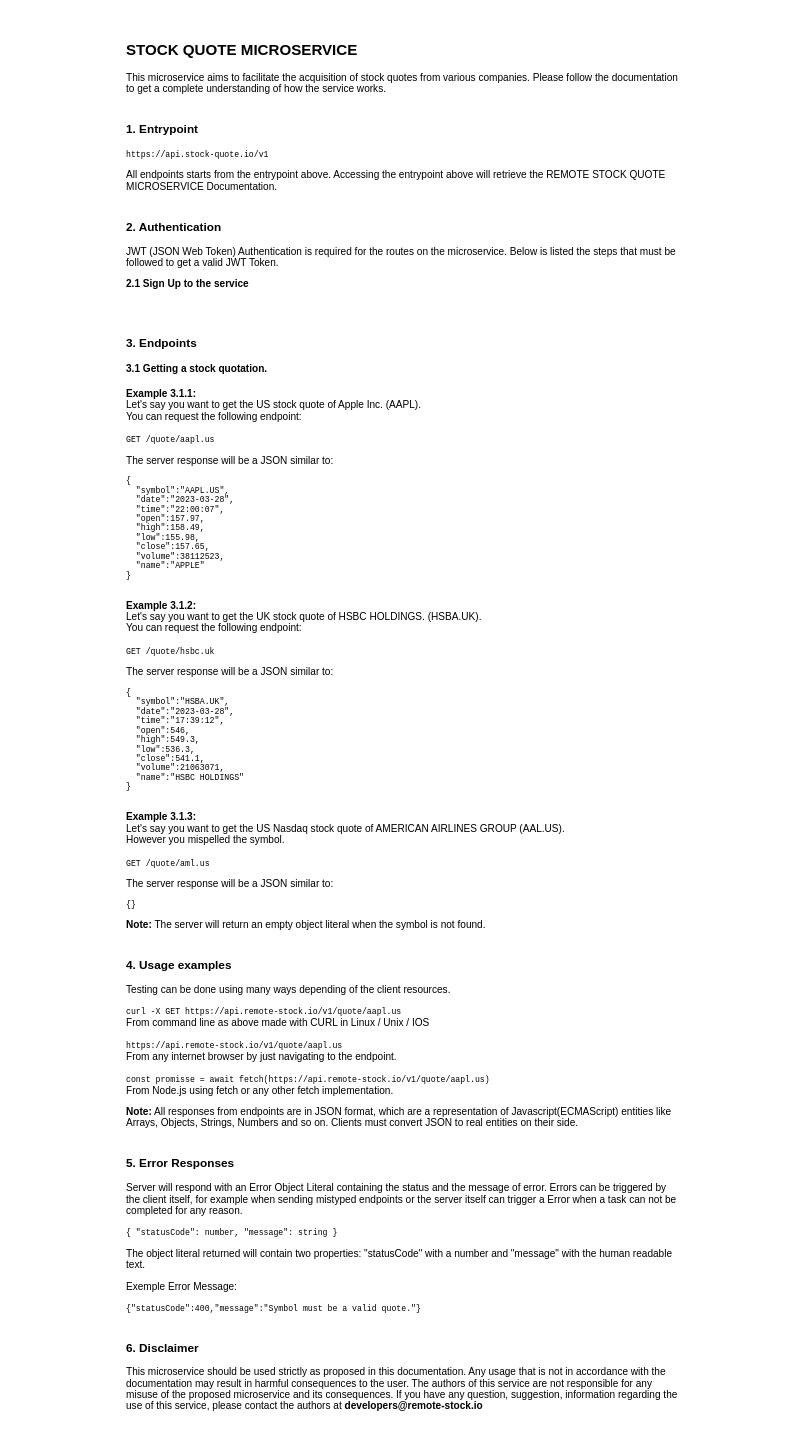
Repository: miguelamello/nest-js
Page: stock-service/documentation.html
An editor plug-in stored every save of this project. The page is shown before and after a run of saves, followed by the edit.
The browser window is 1280 px wide. The pictures show the whole page, at 63% of full size.

Above is the page before, as saved 2023-04-01 15:46:39.

### stock-service/documentation.html
<!DOCTYPE html>
<html lang="en">
<head>
  <meta charset="UTF-8">
  <meta http-equiv="X-UA-Compatible" content="IE=edge">
  <meta name="viewport" content="width=device-width, initial-scale=1.0">
  <title>STOCK QUOTE MICROSERVICE</title>
  <style>
    body {
      font-family: Arial, Helvetica, sans-serif;
      padding: 3% 15%;
    }
    h3 {
      margin-top: 5%;
    }
    pre {
      margin: 0;
    }
  </style>
</head>
<body>
  <h2>STOCK QUOTE MICROSERVICE</h2>
  <p>
    This microservice aims to facilitate the acquisition of stock quotes from various companies.
    Please follow the documentation to get a complete understanding of how the service works.
  </p>

  <h3>1. Entrypoint</h3>
  <code>https://api.stock-quote.io/v1</code>
  <p>
    All endpoints starts from the entrypoint above. Accessing the entrypoint
    above will retrieve the REMOTE STOCK QUOTE MICROSERVICE Documentation.
  </p>

  <h3>2. Authentication</h3>
  <p>JWT (JSON Web Token) Authentication is required for the routes on the microservice.
    Below is listed the steps that must be followed to get a valid JWT Token.</p>

  <p>
    <div><b>2.1 Sign Up to the service</b></div>
    <pre>

    </pre>
  </p>

  <h3>3. Endpoints</h3>

  <h4>3.1 Getting a stock quotation.</h4>

  <p>
    <div><b>Example 3.1.1:</b></div>
    <div>Let's say you want to get the US stock quote of Apple Inc. (AAPL).</div>
    <div>You can request the following endpoint:</div><br>
    <code>GET /quote/aapl.us</code>

    <p>The server response will be a JSON similar to:</p>

    <pre>
{
  "symbol":"AAPL.US",
  "date":"2023-03-28",
  "time":"22:00:07",
  "open":157.97,
  "high":158.49,
  "low":155.98,
  "close":157.65,
  "volume":38112523,
  "name":"APPLE"
}
    </pre>
  </p>
  <p>
    <div><b>Example 3.1.2:</b></div>
    <div>Let's say you want to get the UK stock quote of HSBC HOLDINGS. (HSBA.UK).</div>
    <div>You can request the following endpoint:</div><br>
    <code>GET /quote/hsbc.uk</code>

    <p>The server response will be a JSON similar to:</p>

    <pre>
{
  "symbol":"HSBA.UK",
  "date":"2023-03-28",
  "time":"17:39:12",
  "open":546,
  "high":549.3,
  "low":536.3,
  "close":541.1,
  "volume":21063071,
  "name":"HSBC HOLDINGS"
}
    </pre>
  </p>

  <p>
    <div><b>Example 3.1.3:</b></div>
    <div>Let's say you want to get the US Nasdaq stock quote of AMERICAN AIRLINES GROUP (AAL.US).</div>
    <div>However you mispelled the symbol.</div><br>
    <code>GET /quote/aml.us</code>

    <p>The server response will be a JSON similar to:</p>

    <pre>{}</pre>

    <p>
      <b>Note:</b> The server will return an empty object literal when the symbol is not found.
    </p>
  </p>

  <h3>4. Usage examples</h3>

  <p>Testing can be done using many ways depending of the client resources.</p>

  <code>curl -X GET https://api.remote-stock.io/v1/quote/aapl.us</code>
  <div>From command line as above made with CURL in Linux / Unix / IOS</div>
  <br>
  <code>https://api.remote-stock.io/v1/quote/aapl.us</code>
  <div>From any internet browser by just navigating to the endpoint.</div>
  <br>
  <code>const promisse = await fetch(https://api.remote-stock.io/v1/quote/aapl.us)</code>
  <div>From Node.js using fetch or any other fetch implementation.</div>

  <p>
    <b>Note:</b> All responses from endpoints are in JSON format, which are a
    representation of Javascript(ECMAScript) entities like Arrays, Objects,
    Strings, Numbers and so on. Clients must convert JSON to real entities
    on their side.
  </p>

  <h3>5. Error Responses</h3>

  <p>
    Server will respond with an Error Object Literal containing
    the status and the message of error. Errors can be triggered
    by the client itself, for example when sending mistyped endpoints
    or the server itself can trigger a Error when a
    task can not be completed for any reason.
  </p>

  <p>
    <code>{ "statusCode": number, "message": string }</code><br>
    <div>
      The object literal returned will contain two properties:
      "statusCode" with a number and "message" with the human readable text.
    </div>
  </p>

  <p>Exemple Error Message:</p>
  <p>
    <code>
      {"statusCode":400,"message":"Symbol must be a valid quote."}
    </code>
  </p>

  <h3>6. Disclaimer</h3>
  <p>
    This microservice should be used strictly as proposed in this documentation.
    Any usage that is not in accordance with the documentation may result in harmful
    consequences to the user. The authors of this service are not responsible for
    any misuse of the proposed microservice and its consequences. If you have any question,
    suggestion, information regarding the use of this service, please contact
    the authors at <b>developers@remote-stock.io</b>
  </p>

</body>
</html>

After the next 2 saves:
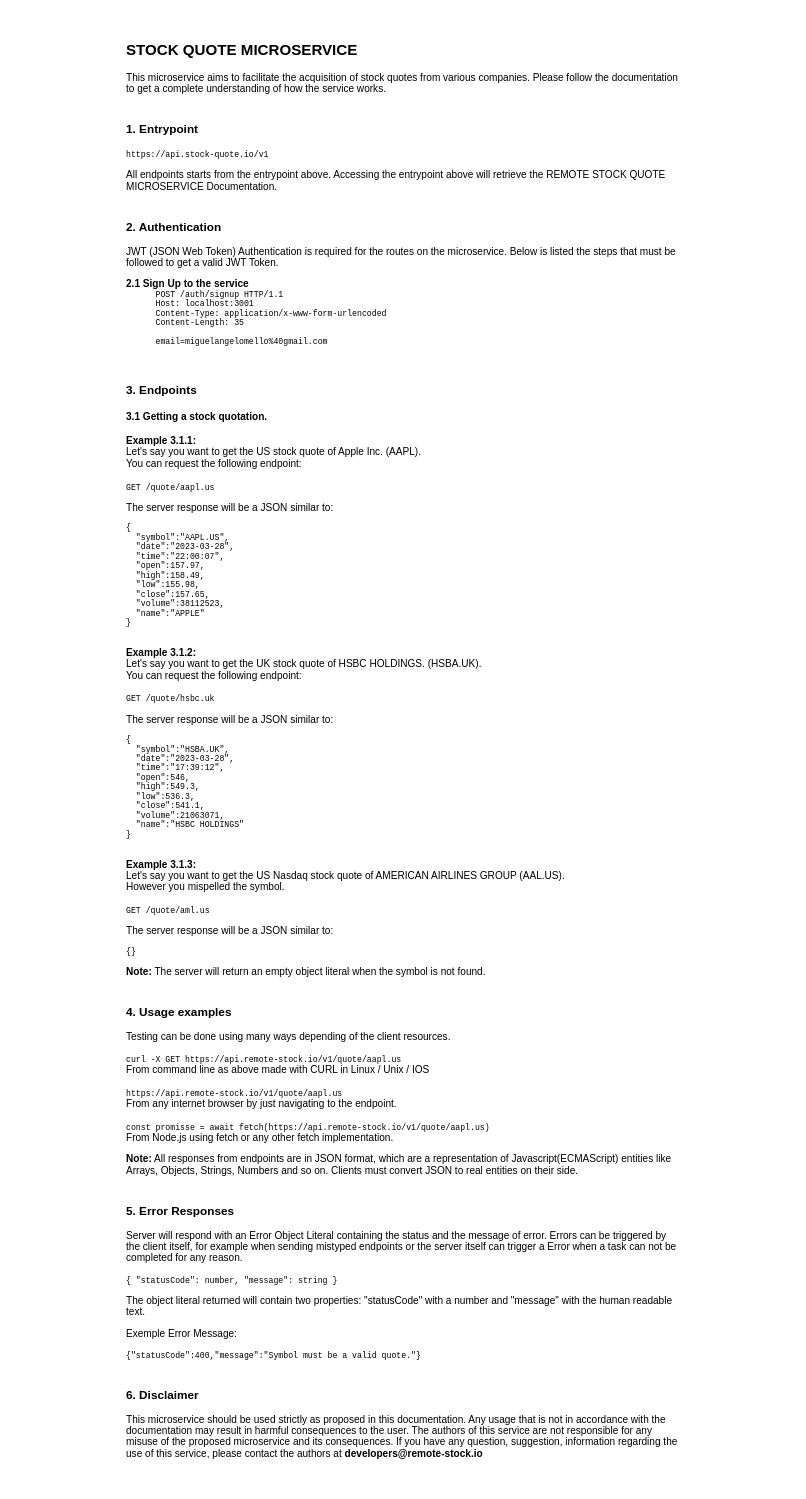
The 2 saves are shown as one change because they came seconds apart.
The last was saved 5 s later.
--- a/stock-service/documentation.html
+++ b/stock-service/documentation.html
@@ -39,7 +39,12 @@
   <p>
     <div><b>2.1 Sign Up to the service</b></div>
     <pre>
+      POST /auth/signup HTTP/1.1
+      Host: localhost:3001
+      Content-Type: application/x-www-form-urlencoded
+      Content-Length: 35
 
+      email=miguelangelomello%40gmail.com
     </pre>
   </p>
 
